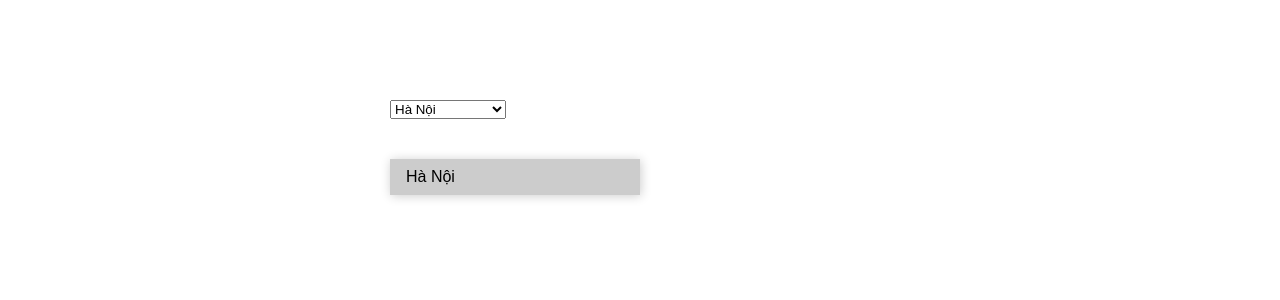
Repository: khanhbinh87/learnJs
Page: customSelect/index.html
These files come from the project's save history. The page is drawn as it stood at one moment and after a run of saves; the edit follows.
The browser window is 1280 px wide. The pictures show the whole page.

Above is the page before, as saved 2021-06-16 14:36:17.

### customSelect/index.html
<!DOCTYPE html>
<html lang="en">
<head>
    <meta charset="UTF-8">
    <meta name="viewport" content="width=device-width, initial-scale=1.0">
    <title>Document</title>
    <link rel="stylesheet" href="style.css">
</head>
<body>
        <form action="">
            <select name="" id="" class="custom-select">
                <option value="hanoi">Hà Nội</option>
                <option value="danang" >Đà Nẵng</option>
                <option value="tphcm">Tp Hồ Chí Minh</option>
                <option value="hue" >Huế</option>
            </select>
            <!-- <div class="wrapper-selected">
                <div class="selected" my-value="">Text tam thoi</div>
                <ul class="list-options">
                    <li my-value="hanoi">Hà Nội</li>
                    <li my-value="danang">Đà Nẵng</li>
                    <li my-value="tphcm">Tp Hồ Chí Minh</li>
                    <li my-value="hue">Huế</li>
                </ul>
            </div> -->
        </form>
        <script src="main.js"></script>
</body>
</html>

### customSelect/style.css
*{
    margin: 0;
    padding: 0;
    box-sizing: border-box;
}
form{
    margin:50px auto;
    width: 500px;
}
body{
    padding: 50px;
}
.custom-select {
    margin-bottom: 40px;

}


.wrapper-selected{
    width: 250px;
    font-family:sans-serif;
    position: relative;
}
.wrapper-selected > .selected{
    border:1px solid #ccc;
    padding: 8px 15px;
    background-color: #ccc;
    box-shadow:1px 1px 10px 0 rgba(0, 0, 0, 0.2);
    cursor: pointer;
}
.wrapper-selected > .list-options{
    list-style: none;
    position: absolute;
    width: 100%;
    left:0;
    top:100%;
    opacity: 0;
    pointer-events: none;
    z-index: 99;
}
.wrapper-selected.open > .list-options{
    opacity: 1;
    pointer-events: auto;
}
.wrapper-selected > .list-options > li{
    padding: 8px 15px;
    background-color: #cdcdcd;
    border:1px solid #8d8d8d;
    margin-top: -1px;
    cursor: pointer;
    transition: all 0.5s;

}
.wrapper-selected > .list-options > li:hover{
    background-color: #999;
}

### customSelect/main.js
//tao div
//tao class
//tao div rong
//tao my-value
//tao text

var select = document.querySelector('.custom-select');
if(select){
    var listOptions = Array.from(select.querySelectorAll('option'))

    //tao div bao
    var divWrapper  = document.createElement('div');
        divWrapper.classList.add('wrapper-selected');


    //tao div select
    var divSelected = document.createElement('div');
        divSelected.classList.add('selected');

        divSelected.addEventListener('click',function(){
            this.classList.toggle('open')
        })

        if(listOptions.length > 0){
            divSelected.setAttribute('my-value',listOptions[0].getAttribute('value'))
            divSelected.innerText = listOptions[0].innerText

        }

    //tao ul li
    var ulElement = document.createElement('ul');
        ulElement.classList.add('list-options')

    //duyet tung listOptions
    listOptions.forEach(function(optionEl,index){
        var valueOption = optionEl.getAttribute('value');
        var textOption  = optionEl.innerText;

        //check co selected hay ko de tjay doi
        if(optionEl.getAttribute('selected') !== null){
            divSelected.setAttribute('my-value',valueOption)
            divSelected.innerText = textOption;
        }

        var liElement = document.createElement('li');
            liElement.setAttribute('my-value',valueOption);
            liElement.innerText = textOption;

            liElement.addEventListener('click',function(e){

                divSelected.setAttribute('my-value',this.getAttribute('my-value'));
                divSelected.innerText = this.innerText;


                var selectString = `option[value=${this.getAttribute('my-value')}]`


                if(select.querySelector('option[selected]')){
                    select.querySelector('option[selected]').removeAttribute('selected')
                }

                select.querySelector(selectString).setAttribute('selected',true);

                //listOptions[index].setAttribute('selected',true)
                // selectString.setAttribute('selected',true)

            })
            ulElement.append(liElement)

    })

    //appending
    divWrapper.append(divSelected);
    divWrapper.append(ulElement);
    document.body.appendChild(divWrapper);


    //chen div wrapper vao truoc hoac sau
    select.parentNode.insertBefore(divWrapper,select.nextSibling);

}

After the next 2 saves:
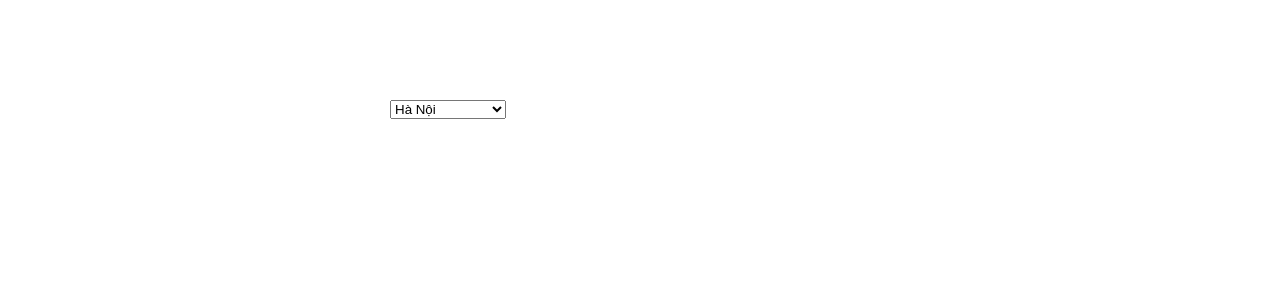
Console error: TypeError: Cannot read properties of undefined (reading 'addEventListener')
The 2 saves are shown as one change because they came seconds apart.
The last was saved 44 s later.
--- a/customSelect/main.js
+++ b/customSelect/main.js
@@ -12,14 +12,15 @@
     var divWrapper  = document.createElement('div');
         divWrapper.classList.add('wrapper-selected');
 
+        divSelected.addEventListener('click',function(){
+            this.classList.toggle('open')
+        })
 
     //tao div select
     var divSelected = document.createElement('div');
         divSelected.classList.add('selected');
 
-        divSelected.addEventListener('click',function(){
-            this.classList.toggle('open')
-        })
+
 
         if(listOptions.length > 0){
             divSelected.setAttribute('my-value',listOptions[0].getAttribute('value'))

After the save that followed:
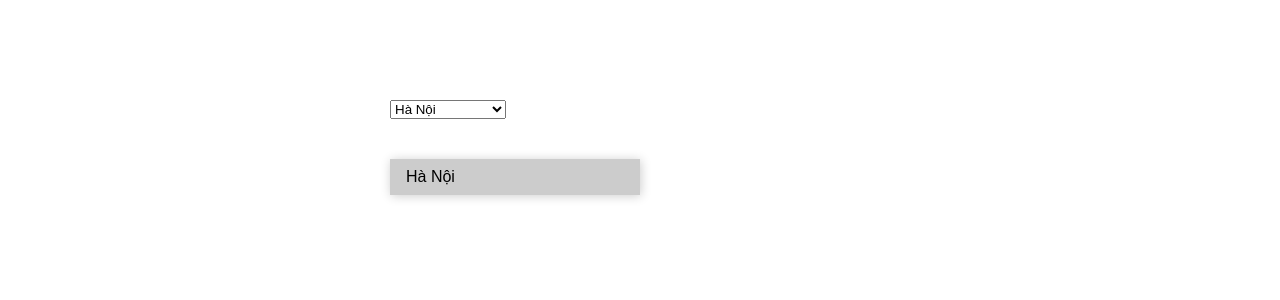
The error is gone.
Saved 4 s later.
--- a/customSelect/main.js
+++ b/customSelect/main.js
@@ -12,7 +12,7 @@
     var divWrapper  = document.createElement('div');
         divWrapper.classList.add('wrapper-selected');
 
-        divSelected.addEventListener('click',function(){
+        divWrapper.addEventListener('click',function(){
             this.classList.toggle('open')
         })
 
